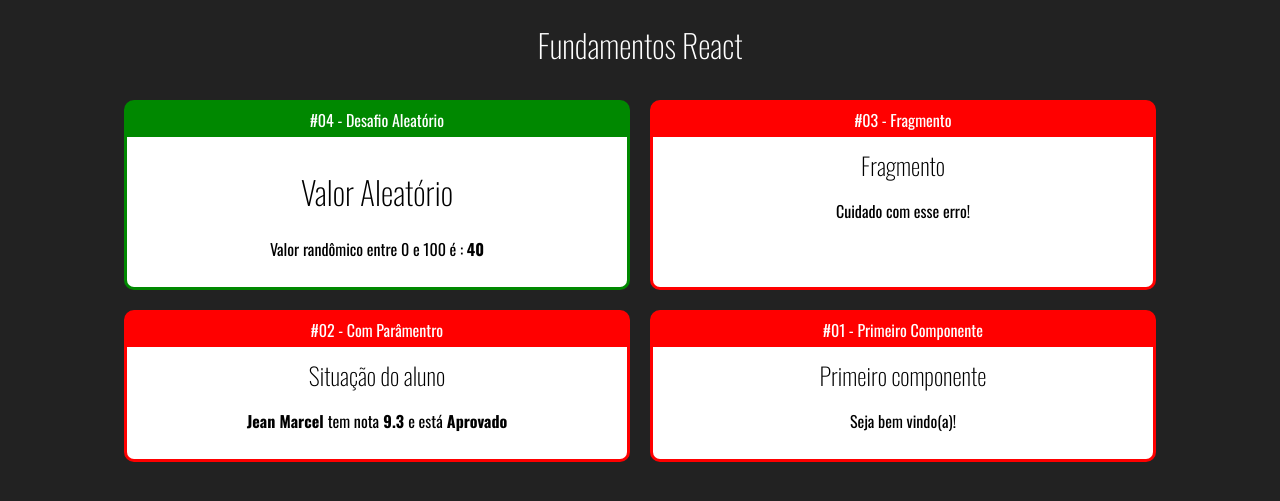
Repository: jean-siqueira/fundamentos-react
Page: /
These files come from the project's save history. The page is drawn as it stood at one moment and after a run of saves; the edit follows.
The browser window is 1280 px wide. The pictures show the whole page.
The project was rebuilt for these pictures with package versions that can differ from the ones it lists, and the page was loaded fresh each time.

Above is the page before, as saved 2023-03-04 12:33:32.

### public/index.html
<!DOCTYPE html>
<html lang="en">
  <head>
    <meta charset="utf-8" />
    <link rel="icon" href="%PUBLIC_URL%/favicon.ico" />
    <meta name="viewport" content="width=device-width, initial-scale=1" />
    <meta name="theme-color" content="#000000" />
    <meta
      name="description"
      content="Web site created using create-react-app"
    />
    <link rel="apple-touch-icon" href="%PUBLIC_URL%/logo192.png" />
    <link rel="manifest" href="%PUBLIC_URL%/manifest.json" />
    <link rel="preconnect" href="https://fonts.googleapis.com">
<link rel="preconnect" href="https://fonts.gstatic.com" crossorigin>
<link href="https://fonts.googleapis.com/css2?family=Oswald:wght@200;300;400;500;600;700&display=swap" rel="stylesheet">
    <title>React App</title>
  </head>
  <body>
    <noscript>You need to enable JavaScript to run this app.</noscript>
    <div id="root"></div>
  </body>
</html>

### src/index.js
import "./index.css";
import ReactDOM from "react-dom";
import React from "react";

import App from "./App";

const tag = <strong>Olá React</strong>;

ReactDOM.render(<App />, document.getElementById("root"));

### src/index.css
body {
    font-family: Oswald;
    background-color: #222;
    color: #fff;
    text-align: center;
}

h1, h2, h3 {
    font-weight: 200;
}

h2, h3 {
    margin: 0;
}

### src/App.jsx
import React from "react";

import Card from "./components/layout/Card";
import Primeiro from "./components/basicos/Primeiro";
import "./App.css"
import ComParametro from "./components/basicos/ComParametro";
import Fragmento from "./components/basicos/Fragmento";
import Aleatorio from "./components/basicos/Aleatorio";

export default (_) => (
  <div className="App">
    <h1>Fundamentos React</h1>

    <div className="Cards">
      <Card titulo="#04 - Desafio Aleatório" color="#080">
        <Aleatorio min={0} max={100} />
      </Card>

      <Card titulo="#03 - Fragmento">
        <Fragmento />
      </Card>

      <Card titulo="#02 - Com Parâmentro">
        <ComParametro
          titulo="Situação do aluno"
          aluno="Jean Marcel"
          nota={9.3}
        />
      </Card>

      <Card titulo="#01 - Primeiro Componente">
        <Primeiro></Primeiro>
      </Card>
    </div>
  </div>
);

### src/components/layout/Card.jsx
import React from "react";
import "./Card.css";

export default (props) => {

    const cardStyle = {
        backgroundColor: props.color || '#F00',
        borderColor: props.color || '#F00',
    }

  return (
    <div className="Card" style={cardStyle}>
      <div className="Title">{props.titulo}</div>
      <div className="Content">{props.children}</div>
    </div>
  );
};

### src/components/basicos/Primeiro.js

import React from "react"

export default function Primeiro() {

    const msg = 'Seja bem vindo(a)!'

    return (
        <div>
            <h2>Primeiro componente</h2>
            <p>  {msg} </p>
        </div>
    )

}

### src/components/basicos/ComParametro.jsx
import React from "react";

export default function ComParametro(props) {
  const status = props.nota >= 7 ? "Aprovado" : "Recuperação";
  return (
    <div>
      <h2>{props.titulo}</h2>
      <p>
        <strong>{props.aluno} </strong>
        tem nota
        <strong> {props.nota} </strong>e está
        <strong> {status}</strong>
      </p>
    </div>
  );
}

### src/components/basicos/Fragmento.jsx
import React from "react";

export default function Fragmento(props) {
  return (
    <>
      <h2>Fragmento</h2>
      <p>Cuidado com esse erro!</p>
    </>
  );
}

### src/components/basicos/Aleatorio.jsx
import React from "react";

export default (props) => {
  const { min, max } = props;

  const valorRandomico = parseInt(Math.random() * (max - min)) + min;

  return (
    <div>
      <h1>Valor Aleatório</h1>
      <p>
        Valor randômico entre {min} e {max} é :{" "}
        <strong>{valorRandomico}</strong>
      </p>
    </div>
  );
};

### src/components/layout/Card.css
.Card {
    border-radius: 10px;
    overflow: hidden;
    border: 3px solid;
    margin: 10px;

    display: flex;
    flex-direction: column;
    min-width: 500px;
    max-width: 500px;
}

.Card .Title {
    padding: 5px 0px;
    display: flex;
    justify-content: center;
}

.Card .Content {
    flex-grow: 1;
    background-color: #fff;
    color: #000;
    padding: 10px;
}

Loaded but not shown: src/App.css (common file)

After the next 3 saves:
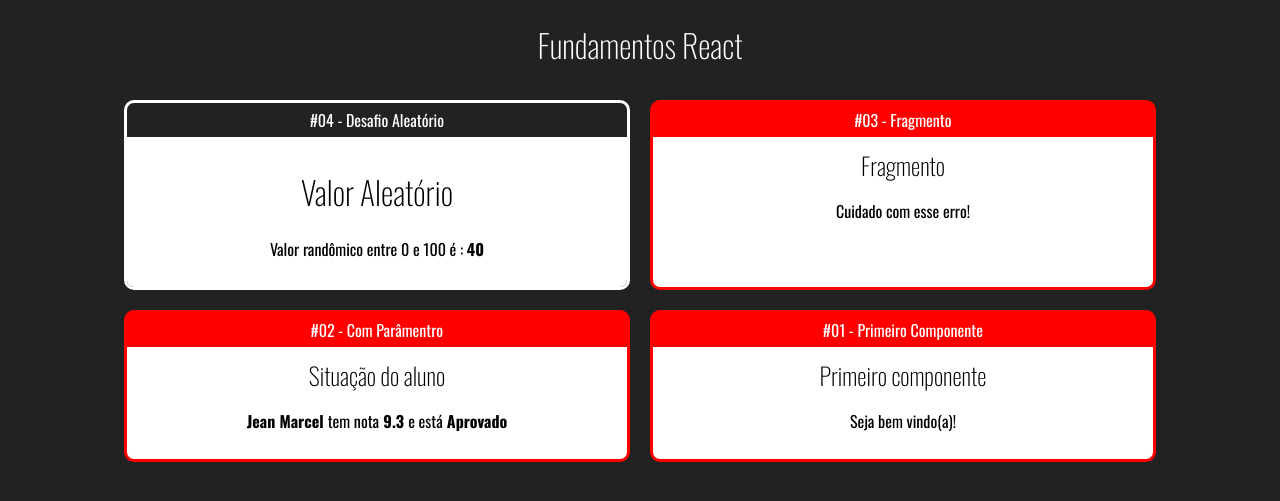
The 3 saves are shown as one change because they came seconds apart.
The last was saved 2 min 6 s later.
--- a/src/App.jsx
+++ b/src/App.jsx
@@ -12,7 +12,7 @@ export default (_) => (
     <h1>Fundamentos React</h1>
 
     <div className="Cards">
-      <Card titulo="#04 - Desafio Aleatório" color="#080">
+      <Card titulo="#04 - Desafio Aleatório" color="#FA">
         <Aleatorio min={0} max={100} />
       </Card>
 
